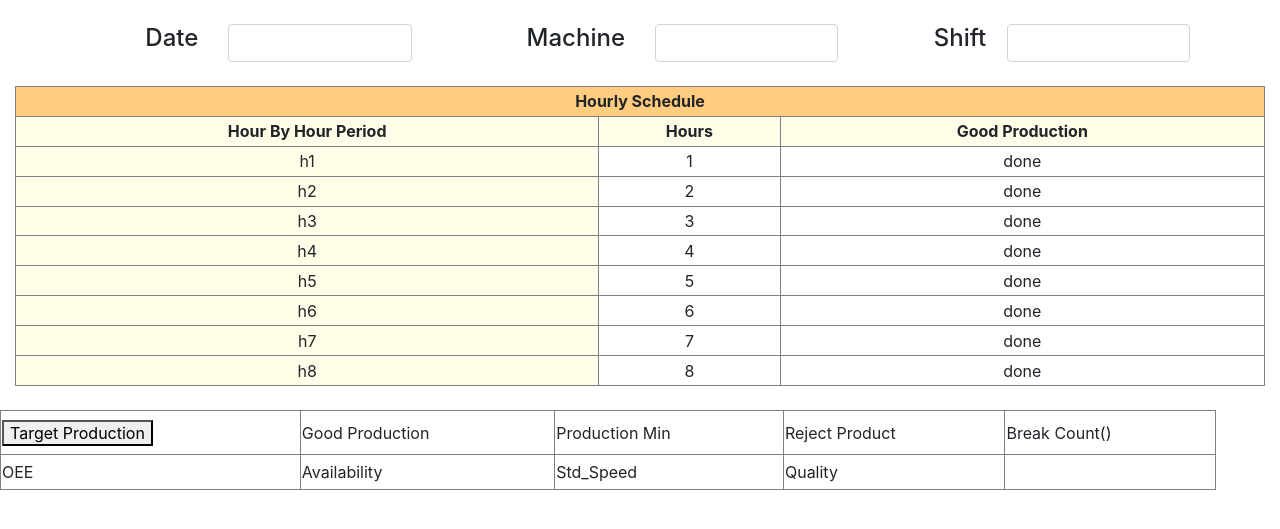
Repository: hisamit97/TVS-Locas
Page: index.html
An editor plug-in stored every save of this project. The page is shown before and after the next save, followed by the edit.
The browser window is 1280 px wide. The pictures show the whole page.

Above is the page before, as saved 2020-12-01 11:48:51.

### index.html
<html>

<head>
    <title>TVS LoCas</title>
    <link rel="stylesheet" href="https://cdn.jsdelivr.net/npm/bootstrap@4.5.3/dist/css/bootstrap.min.css" integrity="sha384-TX8t27EcRE3e/ihU7zmQxVncDAy5uIKz4rEkgIXeMed4M0jlfIDPvg6uqKI2xXr2" crossorigin="anonymous">

<!-- jQuery and JS bundle w/ Popper.js -->
<script src="https://code.jquery.com/jquery-3.5.1.slim.min.js" integrity="sha384-DfXdz2htPH0lsSSs5nCTpuj/zy4C+OGpamoFVy38MVBnE+IbbVYUew+OrCXaRkfj" crossorigin="anonymous"></script>
<script src="https://cdn.jsdelivr.net/npm/bootstrap@4.5.3/dist/js/bootstrap.bundle.min.js" integrity="sha384-ho+j7jyWK8fNQe+A12Hb8AhRq26LrZ/JpcUGGOn+Y7RsweNrtN/tE3MoK7ZeZDyx" crossorigin="anonymous"></script>
</head>
<body>
    <div class="container-fluid">
        <div class="row">
            <div class="col-md-4"></div>
            <div class="col-md-4"></div>
            <div class="col-md-4"></div>
        </div>
        <br>
        <div class="row" >
            <div class="col-md-4">
                <div class="row">
                    <div class="col-md-6 text-right"><h4>Date</h4></div>
                    <div class="col-md-6"><input type="text" class="form-control mr-3"></div>
                </div>
            </div>
            <div class="col-md-4">
                <div class="row">
                    <div class="col-md-6 text-right" ><h4>Machine</h4></div>
                    <div class="col-md-6"><input type="text" class="form-control"></div>
                </div>
            </div>
            <div class="col-md-4">
                <div class="row">
                    <div class="col-md-6 text-center"><h4>Shift</h4></div>
                    <div class="col-md-6" style="margin-left: -75px;"><input type="text" class="form-control"></div>
                </div>
            </div>
        </div>
        <br>
        <div class="row">
            <div class="col-md-12">
                <table width="100%" border="1" height="300px">
                   <tr style="text-align: center;background:#ffcc80;">
                       <th colspan="3">Hourly Schedule</th>
                   </tr>
                   <tr style="text-align: center; background: #fffde7;">
                       <th >Hour By Hour Period</th>
                       <th>Hours</th>
                       <th>Good Production</th>
                    </tr>
                    <tr style="text-align: center;">
                        <td style="background:#fffde7;">h1</td>
                        <td>1</td>
                        <td>done</td>
                    </tr>
                    <tr style="text-align: center;">
                        <td style="background:#fffde7;">h2</td>
                        <td>2</td>
                        <td>done</td>
                    </tr>
                    <tr style="text-align: center;">
                        <td style="background:#fffde7;">h3</td>
                        <td>3</td>
                        <td>done</td>
                    </tr>
                    <tr style="text-align: center;">
                        <td style="background:#fffde7;">h4</td>
                        <td>4</td>
                        <td>done</td>
                    </tr>
                    <tr style="text-align: center;">
                        <td style="background:#fffde7;">h5</td>
                        <td>5</td>
                        <td>done</td>
                    </tr>
                    <tr style="text-align: center;">
                        <td style="background:#fffde7;">h6</td>
                        <td>6</td>
                        <td>done</td>
                    </tr>
                    <tr style="text-align: center;">
                        <td style="background:#fffde7;">h7</td>
                        <td>7</td>
                        <td>done</td>
                    </tr>
                    <tr style="text-align: center;">
                        <td style="background:#fffde7;">h8</td>
                        <td>8</td>
                        <td>done</td>
                    </tr>
                </table>
            </div>
        </div>
        <br>
        <div class="row">
            <table width="95%" border=1 height="80px">
                <tr>
                    <td><button>Target Production</button></td>
                    <td>Good Production</td>
                    <td>Production Min</td>
                    <td>Reject Product</td>
                    <td>Break Count()</td>
                </tr>
                <tr>
                    <td>OEE</td>
                    <td>Availability</td>
                    <td>Std_Speed</td>
                    <td>Quality</td>
                </tr>
            </table>
        </div>
        <br>

    </div>
</body>
</html>

After the next save:
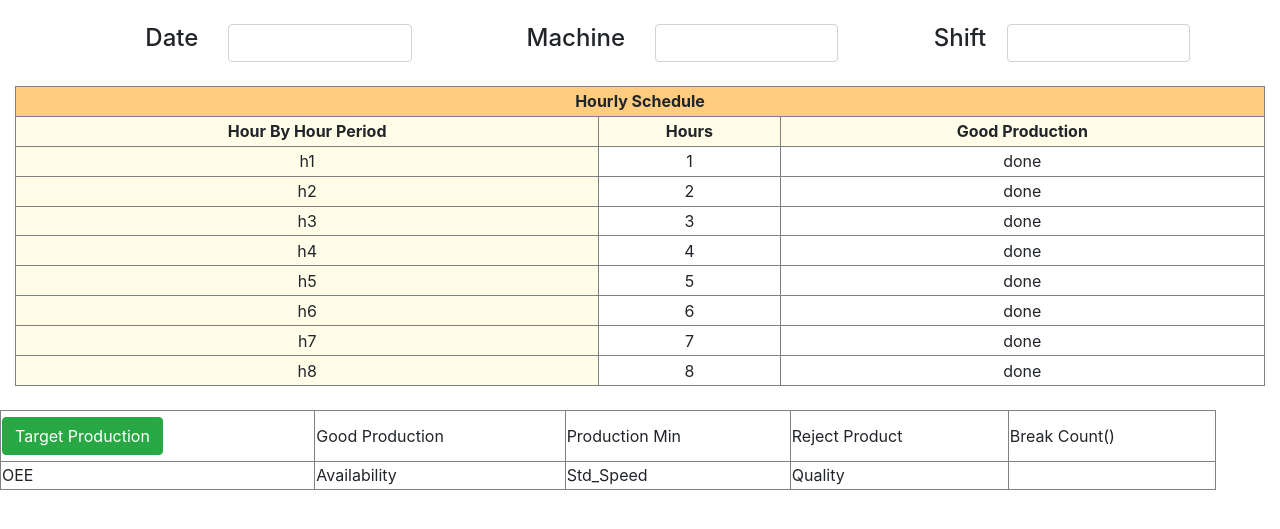
Saved 13 s later.
--- a/index.html
+++ b/index.html
@@ -95,7 +95,7 @@
         <div class="row">
             <table width="95%" border=1 height="80px">
                 <tr>
-                    <td><button>Target Production</button></td>
+                    <td><button class="btn btn-success">Target Production</button></td>
                     <td>Good Production</td>
                     <td>Production Min</td>
                     <td>Reject Product</td>
